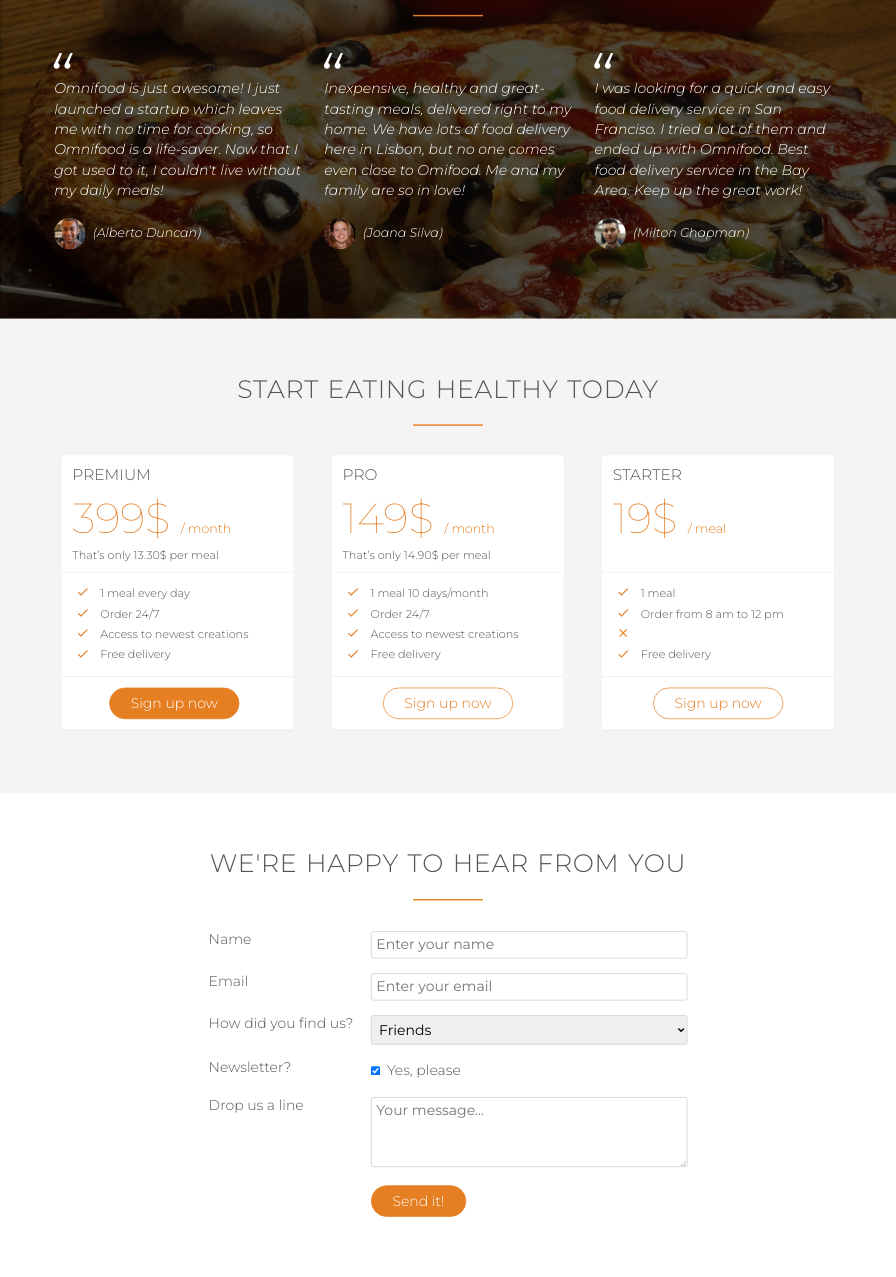
Repository: bbaryn/tasty-food-page
Page: index.html
These files come from the project's save history. The page is drawn as it stood at one moment and after the next save; the edit follows.
The browser window is 1280 px wide. The pictures show the part of the page from y = 3456 to 5376 px (the page is 5280 px tall before and 5376 px after), at 70% of full size.
Backgrounds fixed to the window are drawn as part of the page.

Above is the page before, as saved 2019-03-28 11:18:44.

After the next save:
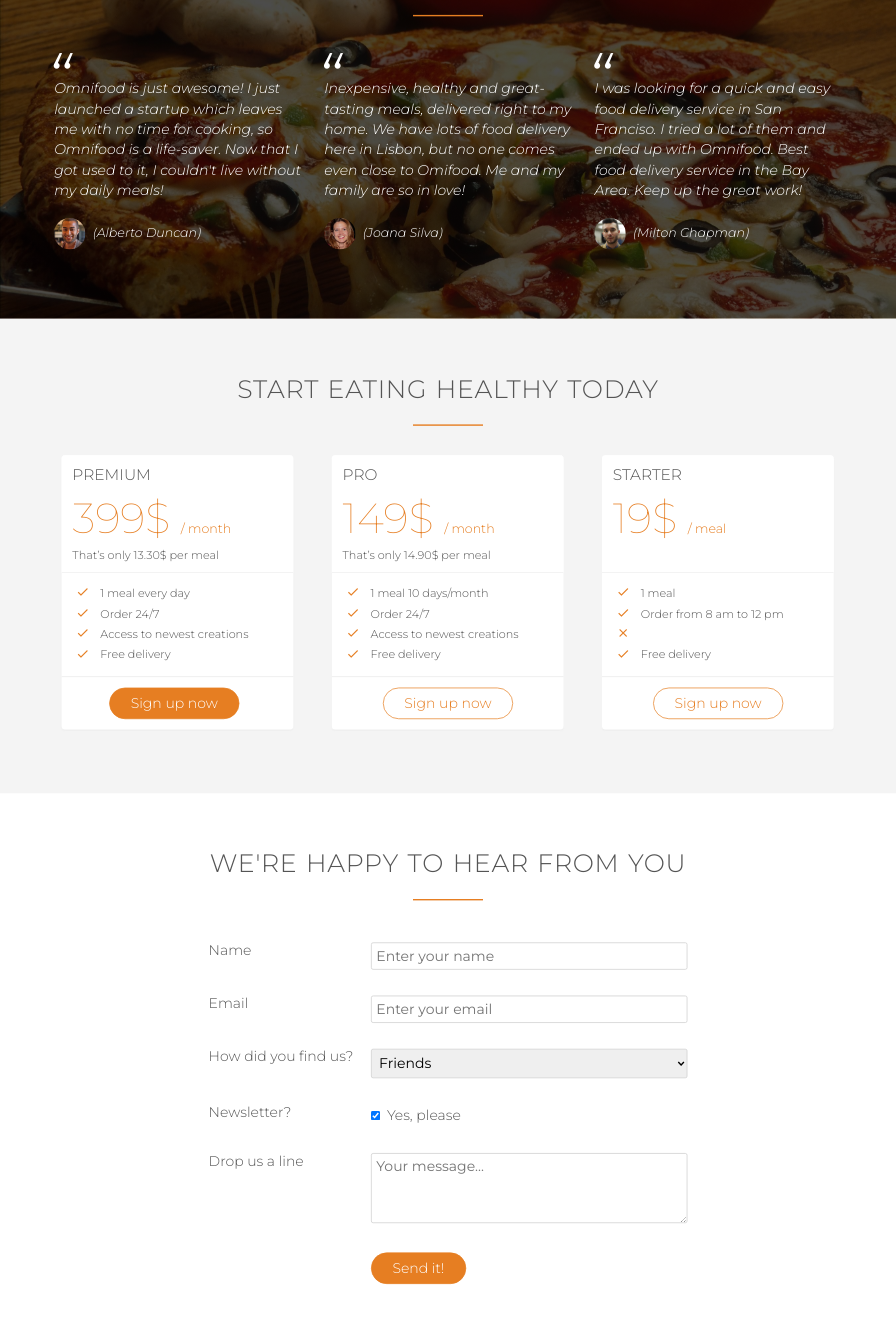
Saved 22 s later.
--- a/resources/css/style.css
+++ b/resources/css/style.css
@@ -474,7 +474,7 @@
 }
 
 .contact-form div.col {
-    margin-top: 14px;
+    margin-top: 30px;
 }
 
 textarea {
